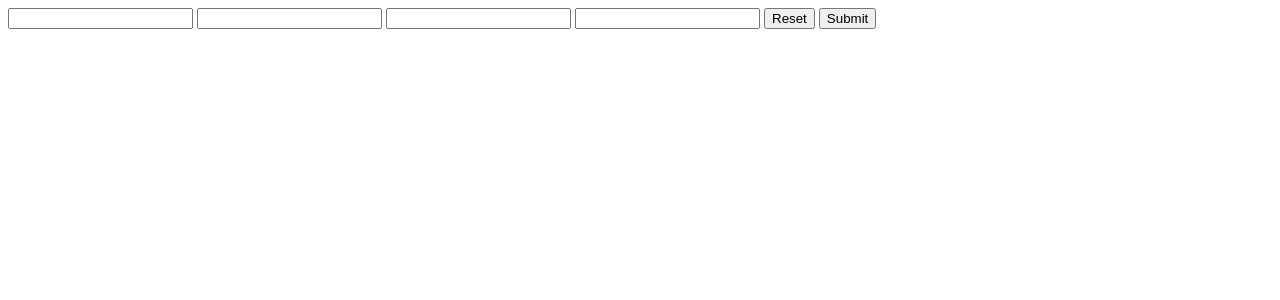
Repository: jungreul97/jsp_pracitce
Page: http://localhost/JSPBasic/JspObject/1.requests/req_param_send.jsp
The author's editor kept a copy of each file at every save. The page is drawn from the files as they stood at one save, then again after the next save.
The browser window is 1280 px wide. The pictures show the whole page.
The page is served by Tomcat 9.

Above is the page before, as saved 2022-02-03 05:28:17.

After the next save:
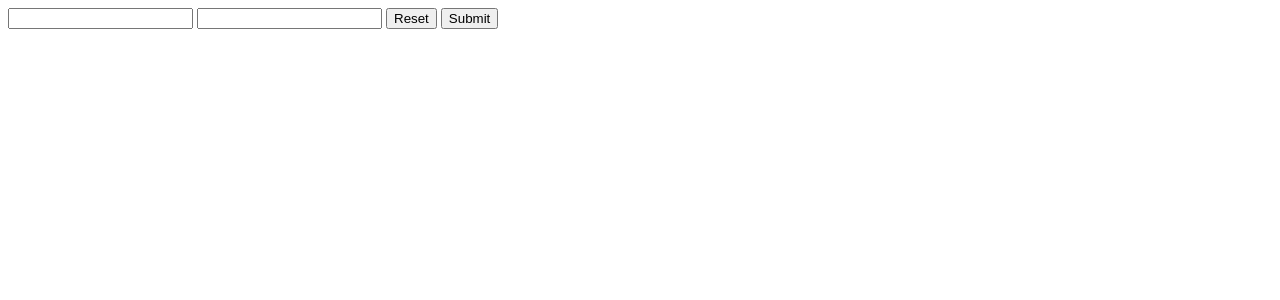
Saved 68 s later.
--- a/JSPBasic/src/main/webapp/JspObject/1.requests/req_param_send.jsp
+++ b/JSPBasic/src/main/webapp/JspObject/1.requests/req_param_send.jsp
@@ -12,10 +12,8 @@
 name 속성은 하나는 apple, 하나는  banana로 해주세요.
 reset 버튼과 submit 버튼도 각각 하나씩 만들어주세요. --%>
 	<form>
-		<input type = "text" name = "apple"/>
-		<input type = "password" name = "apple"/>
-		<input type = "text" name = "banana"/>
-		<input type = "password" name = "banana"/>
+		<input type = "text" name = "apple" palceholder = "apple"/>
+		<input type = "password" name = "banana" palceholder = "banana"/>
 		<input type = "reset">
 		<input type = "submit">
 	</form>
